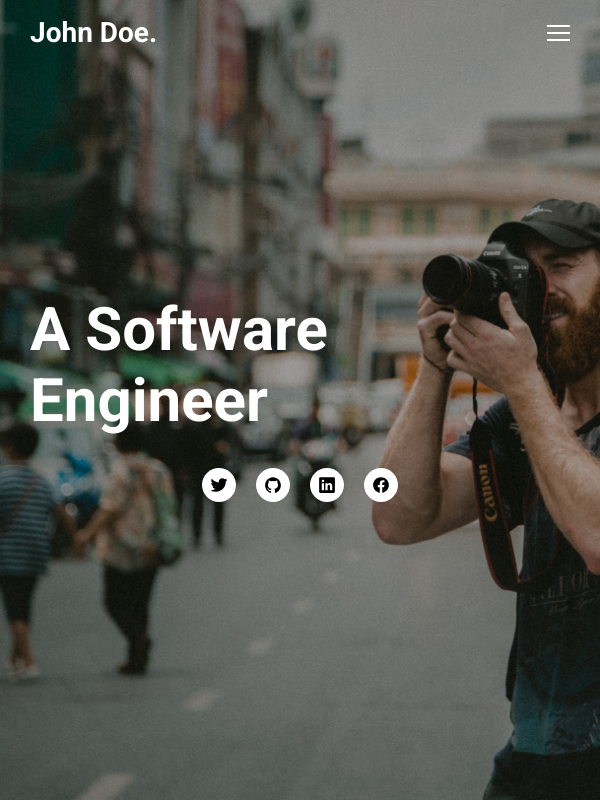
Repository: DevAntonioRogers/portfolio-tutorial
Page: index.html
These files come from the project's save history. The page is drawn as it stood at one moment and after the next save; the edit follows.
The browser window is 600 px wide. The pictures show the whole page.

Above is the page before, as saved 2023-10-31 23:20:22.

After the next save:
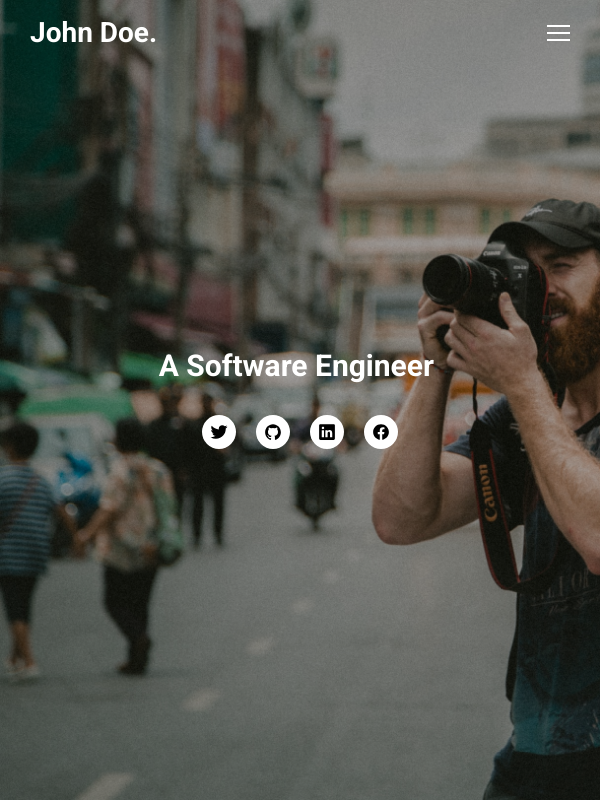
Saved 64 s later.
--- a/styles/hero.css
+++ b/styles/hero.css
@@ -54,3 +54,14 @@
   font-size: 60px;
   opacity: 1;
 }
+
+@media only screen and (max-width: 650px) {
+  .hero-content h2 {
+    font-size: 30px;
+  }
+
+  .typed-cursor {
+    font-size: 30px;
+    opacity: 1;
+  }
+}
